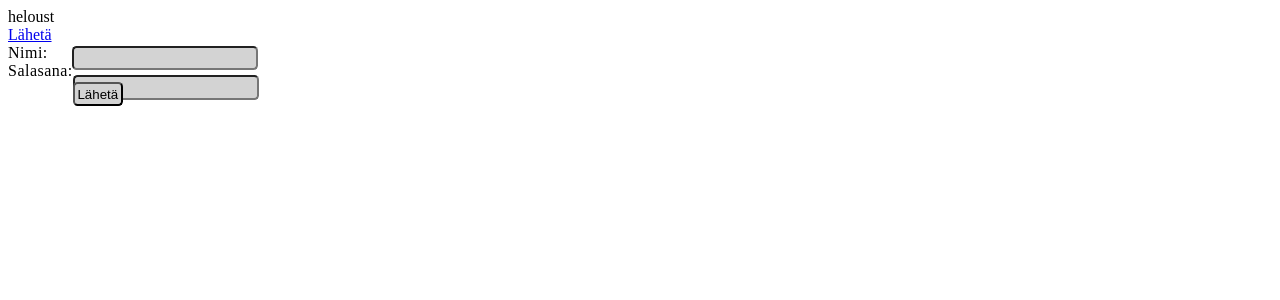
Repository: sirkian/ohj2-t4
Page: http://localhost/Kommunikaatio/
The author's editor kept a copy of each file at every save. The page is drawn from the files as they stood at one save, then again after the next save.
The browser window is 1280 px wide. The pictures show the whole page.
The page is served by Tomcat 9.

Above is the page before, as saved 2022-03-19 14:10:19.

After the next save:
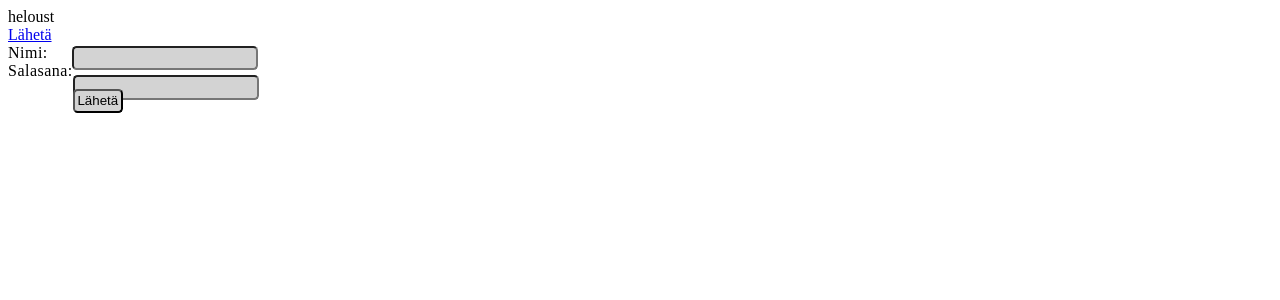
Saved 6 s later.
--- a/Kommunikaatio/src/main/webapp/index.jsp
+++ b/Kommunikaatio/src/main/webapp/index.jsp
@@ -24,7 +24,7 @@ input {
 	top: 5.5em;
 }
 .btn {
-	top: 6em;
+	top: 6.5em;
 }
 form {
 	letter-spacing: 0.03em;
